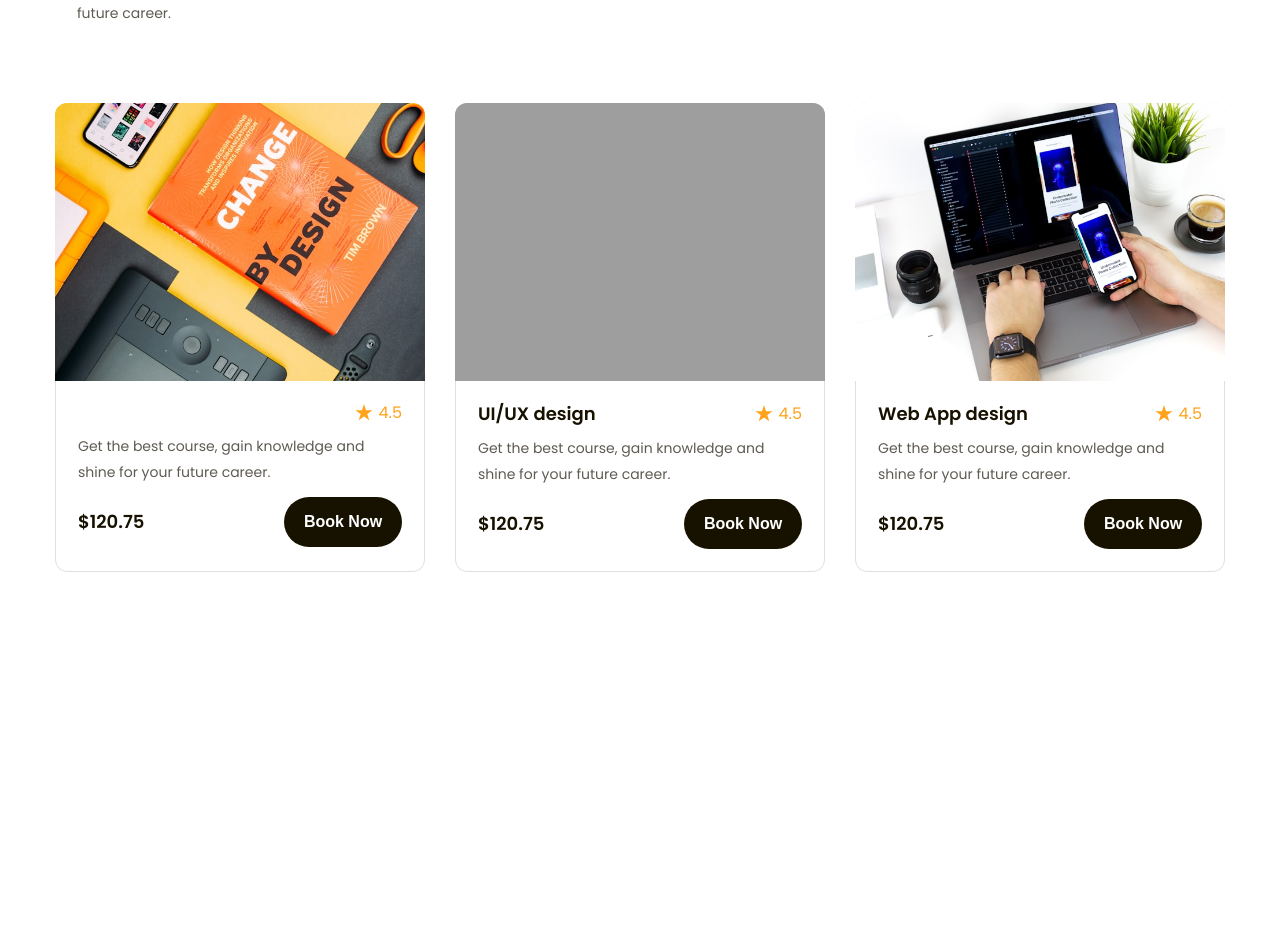
Repository: vancong171001/f8-html-css-02
Page: index.html
An editor plug-in stored every save of this project. The page is shown before and after the next save, followed by the edit.
The browser window is 1280 px wide. The pictures show the part of the page from y = 1196 to 2148 px (the page is 5000 px tall).
Pictures or frames that could not be fetched are drawn as grey boxes. A picture or video elsewhere on the page could not be fetched, so the positions and the page height are approximate.

Above is the page before, as saved 2025-03-11 14:41:23.

### index.html
<!DOCTYPE html>
<html lang="en">
  <head>
    <meta charset="UTF-8" />
    <meta name="viewport" content="width=device-width, initial-scale=1.0" />
    <title>F8 Project 02</title>
    <!-- Reset CSS -->
    <link rel="stylesheet" href="./assets/css/reset.css" />

    <!-- Embed fonts -->
    <link rel="preconnect" href="https://fonts.googleapis.com" />
    <link rel="preconnect" href="https://fonts.gstatic.com" crossorigin />
    <link
      href="https://fonts.googleapis.com/css2?family=Poppins:ital,wght@0,400;0,500;0,600;0,700;1,400&family=Sen:wght@700&display=swap"
      rel="stylesheet"
    />

    <!-- Style CSS -->
    <link rel="stylesheet" href="assets/css/style.css" />
  </head>
  <body>
    <main style="height: 5000px">
      <!-- Header -->
      <header class="header fixed">
        <div class="main-content">
          <div class="body">
            <!-- Logo -->
            <img src="./assets/img/logo.svg" alt="Lesson" class="logo" />

            <!-- Nav -->
            <nav class="nav">
              <ul>
                <li class="active">
                  <a href="#!">Home</a>
                </li>
                <li>
                  <a href="#!">Courses</a>
                </li>
                <li>
                  <a href="#!">Pricing</a>
                </li>
                <li>
                  <a href="#!">Reviews</a>
                </li>
              </ul>
            </nav>

            <!-- Action -->
            <div class="action">
              <a href="#!" class="btn sign-up-btn">Sign Up</a>
            </div>
          </div>
        </div>
      </header>

      <!-- Hero -->
      <div class="hero">
        <div class="main-content">
          <div class="body">
            <!-- Hero left -->
            <div class="media-block">
              <img
                src="https://images.unsplash.com/photo-1740734940319-7208196590b7?w=600&auto=format&fit=crop&q=60&ixlib=rb-4.0.3&ixid=M3wxMjA3fDB8MHxmZWF0dXJlZC1waG90b3MtZmVlZHwxNHx8fGVufDB8fHx8fA%3D%3D"
                alt="Learn without limits and spread knowledge."
                class="img"
              />

              <div class="hero-summary">
                <div class="item">
                  <div class="icon">
                    <img src="./assets/icon/list.svg" alt="" />
                  </div>
                  <div class="info">
                    <p class="lable">20 Courses</p>
                    <p class="title">UI/UX Design</p>
                  </div>
                </div>
                <div class="item">
                  <div class="icon">
                    <img src="./assets/icon/code.svg" alt="" />
                  </div>
                  <div class="info">
                    <p class="lable">20 Courses</p>
                    <p class="title">Development</p>
                  </div>
                </div>
                <div class="item">
                  <div class="icon">
                    <img src="./assets/icon/speaker.svg" alt="" />
                  </div>
                  <div class="info">
                    <p class="lable">30 Courses</p>
                    <p class="title">Marketing</p>
                  </div>
                </div>
              </div>
            </div>

            <!-- Hero right -->
            <div class="content-block">
              <h1 class="heading lv1">
                Learn without limits and spread knowledge.
              </h1>
              <p class="desc">
                Build new skills for that “this is my year” feeling with
                courses, certificates, and degrees from world-class universities
                and companies.
              </p>
              <div class="cta-group">
                <a href="#!" class="btn hero-cta">See Courses</a>
                <button class="watch-video">
                  <div class="icon">
                    <img src="./assets/icon/play.svg" alt="" />
                  </div>
                  <span>Watch Video</span>
                </button>
              </div>
              <p class="desc">Recent engagement</p>
              <p class="desc stats">
                <strong>50K</strong> Students <strong>70+</strong> Courses
              </p>
            </div>
          </div>
        </div>
      </div>

      <!-- Popular -->
      <div class="popular">
        <div class="main-content">
          <div class="popular-top">
            <div class="info">
              <h2 class="heading lv2">Our popular courses</h2>
              <p class="desc">
                Build new skills with new trendy courses and shine for the next
                future career.
              </p>
            </div>
            <div class="controls">
              <button class="control-btn">
                <svg
                  width="8"
                  height="14"
                  viewBox="0 0 8 14"
                  fill="none"
                  xmlns="http://www.w3.org/2000/svg"
                >
                  <path
                    d="M7 1L1 7L7 13"
                    stroke="currentColor"
                    stroke-linecap="round"
                    stroke-linejoin="round"
                  />
                </svg>
              </button>
              <button class="control-btn">
                <svg
                  width="8"
                  height="14"
                  viewBox="0 0 8 14"
                  fill="none"
                  xmlns="http://www.w3.org/2000/svg"
                >
                  <path
                    d="M1 1L7 7L1 13"
                    stroke="currentColor"
                    stroke-linecap="round"
                    stroke-linejoin="round"
                  />
                </svg>
              </button>
            </div>
          </div>

          <div class="course-list">
            <!-- Course Item 1 -->
            <div class="course-item">
              <a href="#!">
                <img
                  src="./assets/img/course-1.jpg"
                  alt="Basic web design"
                  class="thumb"
                />
              </a>
              <div class="info">
                <div class="head">
                  <h3 class="title"></h3>
                  <div class="rating">
                    <img src="./assets/icon/star.svg" alt="Star" class="star" />
                    <span class="value">4.5</span>
                  </div>
                </div>
                <p class="desc">
                  Get the best course, gain knowledge and shine for your future
                  career.
                </p>
                <div class="foot">
                  <span class="price">$120.75</span>
                  <button class="btn boot-btn">Book Now</button>
                </div>
              </div>
            </div>
            <!-- Course Item 2 -->
            <div class="course-item">
              <img
                src="./assets/img/course-2.jpg"
                alt="UI/UX design"
                class="thumb"
              />
              <div class="info">
                <div class="head">
                  <h3 class="title">UI/UX design</h3>
                  <div class="rating">
                    <img src="./assets/icon/star.svg" alt="Star" class="star" />
                    <span class="value">4.5</span>
                  </div>
                </div>
                <p class="desc">
                  Get the best course, gain knowledge and shine for your future
                  career.
                </p>
                <div class="foot">
                  <span class="price">$120.75</span>
                  <button class="btn boot-btn">Book Now</button>
                </div>
              </div>
            </div>
            <!-- Course Item 3 -->
            <div class="course-item">
              <img
                src="./assets/img/course-3.jpg"
                alt="Web App design"
                class="thumb"
              />
              <div class="info">
                <div class="head">
                  <h3 class="title">Web App design</h3>
                  <div class="rating">
                    <img src="./assets/icon/star.svg" alt="Star" class="star" />
                    <span class="value">4.5</span>
                  </div>
                </div>
                <p class="desc">
                  Get the best course, gain knowledge and shine for your future
                  career.
                </p>
                <div class="foot">
                  <span class="price">$120.75</span>
                  <button class="btn boot-btn">Book Now</button>
                </div>
              </div>
            </div>
          </div>
        </div>
      </div>
    </main>
  </body>
</html>

### assets/css/style.css
* {
  box-sizing: border-box;
}

:root {
  --primary-color: #ffb900;
  --font-heading: Sen, san-serif;
}

html {
  font-size: 62.5%;
}

body {
  font-size: 1.6rem;
  font-family: "Poppins", sans-serif;
}

/* ========== Common ========= */
a {
  text-decoration: none;
}

.btn {
  display: inline-block;
  min-width: 118px;
  padding: 0 16px;
  line-height: 50px;
  color: #fff;
  text-align: center;
  font-size: 1.6rem;
  font-weight: 600;
  border-radius: 999px;
  background: #171100;
}

.btn:hover {
  opacity: 0.9;
  cursor: pointer;
}

.heading {
  color: #171100;
  font-family: var(--font-heading);
  font-weight: 700;
  letter-spacing: -0.02em;
}

.heading.lv1 {
  font-size: 5.8rem;
  line-height: 1.17; /* 117.241% */
}

.heading.lv2 {
  font-size: 3.8rem;
  line-height: 1.26; /* 126.316% */
}

.main-content {
  width: 1170px;
  max-width: calc(100% - 48px);
  margin-left: auto;
  margin-right: auto;
}

/* ========== Header ========= */
.header {
  background: #fffcf4;
}

.header.fixed {
  position: sticky;
  top: -28px;
  z-index: 1;
}

.header .body {
  display: flex;
  align-items: center;
  padding: 36px 0 8px;
}

.nav {
  margin-left: auto;
}

.nav ul {
  display: flex;
}

.nav a {
  position: relative;
  padding: 8px 21px;
  color: #5f5b53;
  font-size: 1.6rem;
}

.nav a:hover,
.nav li.active a {
  /* font-weight: 600; */
  text-shadow: 1px 0 0 currentColor;
  color: #171100;
}

.nav li.active a::after {
  content: "";
  position: absolute;
  left: 21px;
  bottom: 6px;
  display: block;
  width: 12px;
  height: 2px;
  border-radius: 1px;
  background: #171100;
}

.header .sign-up-btn {
  min-width: 144px;
}

.header .action {
  margin-left: 49px;
}

/* ========== Hero ========= */
.hero {
  padding: 56px 0 65px;
  background: #fffcf4;
}

.hero .body {
  display: flex;
}

/* Hero Left */
.hero .media-block {
  position: relative;
  width: 48%;
}

.hero .media-block .img {
  width: 470px;
  height: 685px;
  object-fit: cover;
  border-radius: 20px;
  display: block;
}

.hero-summary {
  position: absolute;
  right: 0;
  bottom: 48px;
  width: 270px;
  padding: 24px;
  border-radius: 12px;
  background: #fff;
  box-shadow: 0px 16px 32px 0px rgba(0, 0, 0, 0.05);
}

.hero-summary .item {
  display: flex;
  align-items: center;
}

.hero-summary .item + .item {
  margin-top: 22px;
}

.hero-summary .icon {
  width: 48px;
  height: 48px;
  border-radius: 50%;
  display: flex;
  justify-content: center;
  align-items: center;
  background: #fff9e8;
}

.hero-summary .item:nth-of-type(2) .icon {
  background: #fcefff;
}
.hero-summary .item:last-child .icon {
  background: #ebeaff;
}

.hero-summary .info {
  margin-left: 16px;
}

.hero-summary .lable {
  color: #5f5b53;
  font-size: 1.4rem;
  line-height: 1.86; /* 185.714% */
}

.hero-summary .title {
  color: #171100;
  font-size: 1.8rem;
  font-weight: 600;
  line-height: 1.67; /* 166.667% */
}

/* Hero Right */
.hero .content-block {
  width: 52%;
  padding: 64px 0 0 130px;
}

.hero .desc {
  margin-top: 22px;
  color: #5f5b53;
  font-size: 1.8rem;
  line-height: 1.67; /* 166.667% */
}

.hero .cta-group {
  display: flex;
  align-items: center;
  margin: 38px 0 48px;
}

.hero .hero-cta {
  min-width: 180px;
  line-height: 64px;
  background: var(--primary-color);
  border-radius: 32px;
}

.hero .watch-video {
  display: flex;
  align-items: center;
  border: none;
  background: transparent;
  margin-left: 28px;
  cursor: pointer;
}

.hero .watch-video .icon {
  width: 40px;
  height: 40px;
  border-radius: 50%;
  display: flex;
  justify-content: center;
  align-items: center;
  background: #ffffff;
  box-shadow: 0px 8px 16px rgba(0, 0, 0, 0.07);
}

.hero .watch-video span {
  color: #171100;
  font-size: 1.8rem;
  font-weight: 600;
  line-height: 1.67; /* 166.667% */
  margin-left: 14px;
}

.hero .stats {
  margin: 8px 0 0 -28px;
}

.hero .stats strong {
  color: #171100;
  font-family: var(--font-heading);
  font-size: 4.4rem;
  font-weight: 700;
  line-height: 1.22; /* 122.727% */
  padding: 0 8px 0 28px;
}

/* ========== Hero ========= */
.popular {
  padding: 65px 0;
  margin-top: 135px;
}

.popular-top {
  display: flex;
  justify-content: space-between;
  align-items: center;
}

.popular-top .desc {
  color: #5f5b53;
  font-size: 1.8rem;
  line-height: 1.67; /* 166.667% */
  margin-top: 16px;
  width: 458px;
}

.popular-top .controls {
  display: flex;
  gap: 18px;
}

.popular-top .control-btn {
  background: transparent;
  border: 1px solid var(--primary-color);
  width: 40px;
  height: 40px;
  border-radius: 50%;
  display: flex;
  justify-content: center;
  align-items: center;
  color: var(--primary-color);
}

.popular-top .control-btn:hover {
  background: var(--primary-color);
  color: #fff;
  cursor: pointer;
}

.popular .course-list {
  margin-top: 55px;
  display: flex;
  gap: 30px;
}

.popular .course-item {
  flex: 1;
  border-radius: 12px;
  border: 1px solid #e2dfda;
  background: #fff;
}

.popular .course-item:hover {
  border-color: transparent;
  box-shadow: 0px 18px 36px 0px rgba(0, 0, 0, 0.05);
}

.popular .course-item .thumb {
  width: calc(100% + 2px);
  border-radius: 12px 12px 0px 0px;
  height: 278px;
  object-fit: cover;
  margin: -1px;
}

.popular .info {
  margin: 16px 22px 22px;
}

.popular .course-item .head,
.popular .course-item .rating,
.popular .course-item .foot {
  display: flex;
  justify-content: space-between;
  align-items: center;
}

.popular .course-item .title {
  color: #171100;
  font-size: 1.8rem;
  font-weight: 600;
  line-height: 1.67; /* 166.667% */
}

.popular .rating .value {
  color: #fea31b;
  font-size: 1.6rem;
  margin-left: 6px;
  line-height: 1.75;
}

.popular .desc {
  color: #5f5b53;
  font-size: 1.4rem;
  line-height: 1.86; /* 185.714% */
  margin-top: 6px;
}

.popular .foot {
  margin-top: 12px;
}

.popular .foot .price {
  color: #171100;
  font-size: 1.8rem;
  font-weight: 600;
  line-height: 1.67; /* 166.667% */
}

.popular .foot .boot-btn {
  border: none;
}

.popular .foot .boot-btn:hover {
  background: var(--primary-color);
  color: white;
}

Loaded but not shown: assets/css/reset.css (common file)

After the next save:
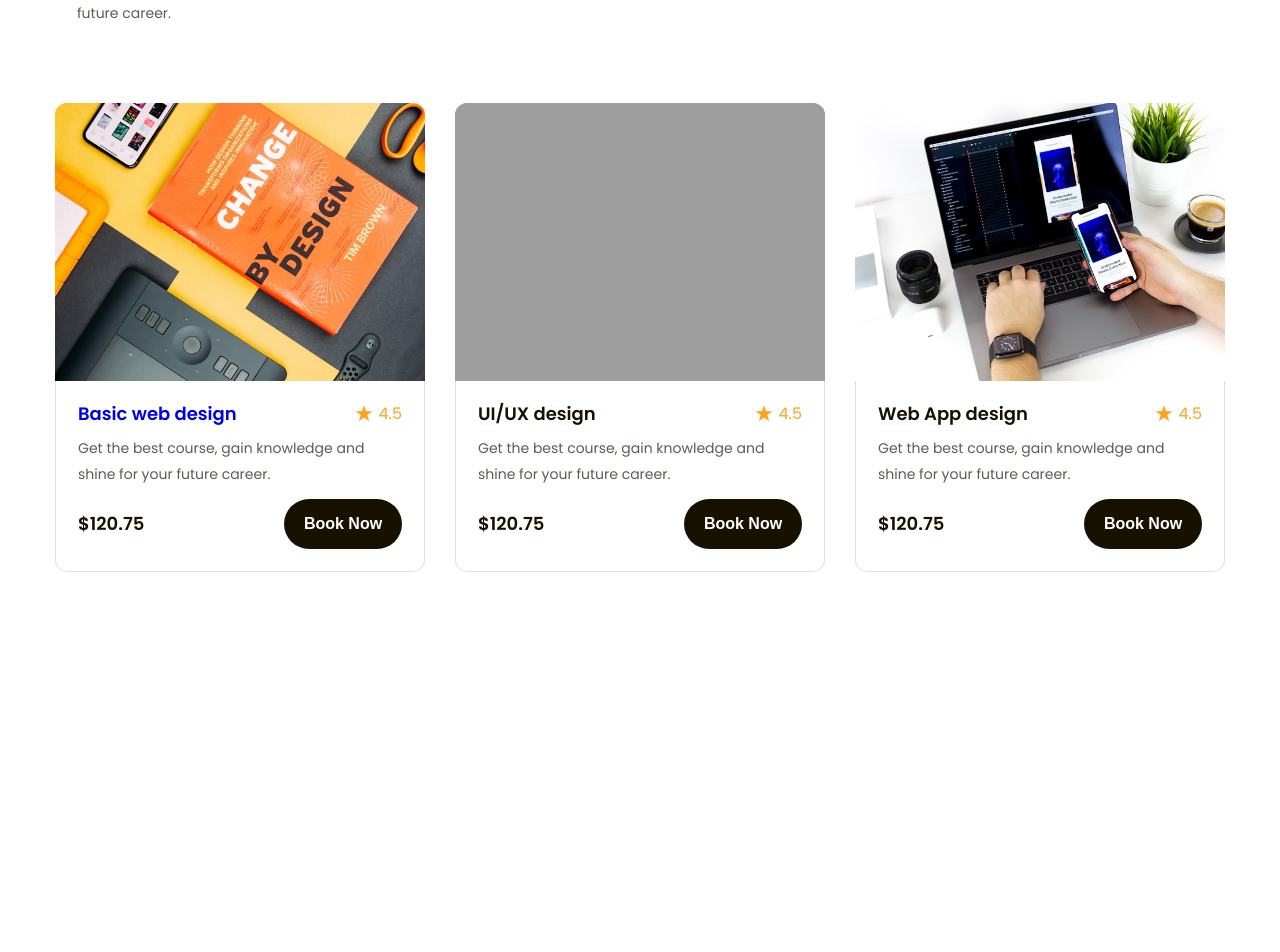
Saved 6 s later.
--- a/index.html
+++ b/index.html
@@ -183,7 +183,7 @@
               </a>
               <div class="info">
                 <div class="head">
-                  <h3 class="title"></h3>
+                  <h3 class="title"><a href="#!">Basic web design</a></h3>
                   <div class="rating">
                     <img src="./assets/icon/star.svg" alt="Star" class="star" />
                     <span class="value">4.5</span>
